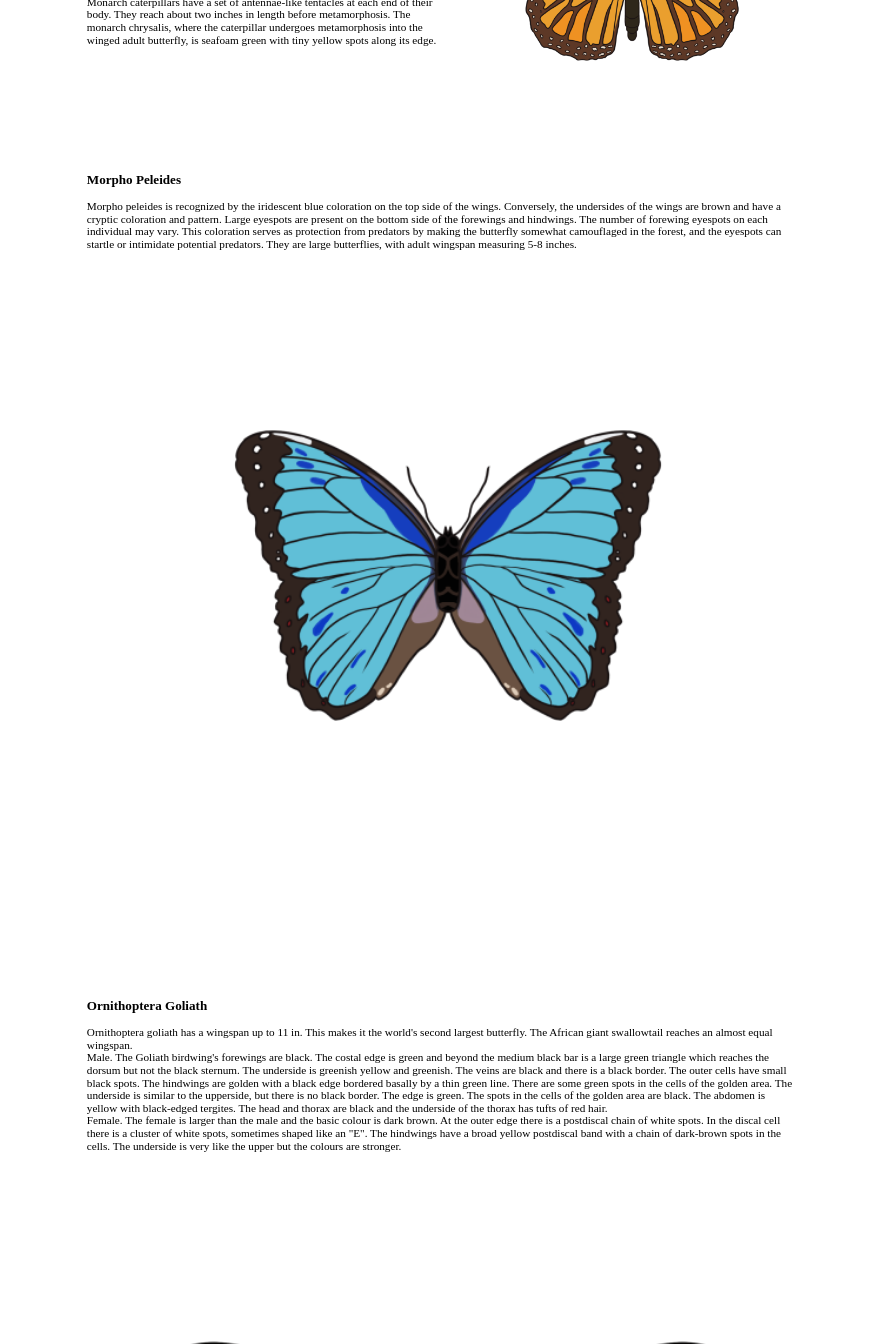
Repository: MeowCeline00/assessment-2
Page: /
These files come from the project's save history. The page is drawn as it stood at one moment and after the next save; the edit follows.
The browser window is 1280 px wide. The pictures show the part of the page from y = 1686 to 3606 px (the page is 8249 px tall before and 7596 px after), at 70% of full size.
The project was rebuilt for these pictures with package versions that can differ from the ones it lists, and the page was loaded fresh each time. The framework's server and built-in components were replaced by stand-ins that run in the browser. Also part of the build but not shown: next.config.mjs.

Above is the page before, as saved 2024-02-07 23:34:55.

### pages/index.js
import Head from "next/head";
import { useState } from "react";
import styles from "@/styles/Home.module.css";
import Header from "@/Components/Header";
import Footer from "@/Components/Footer";
import Contents from "@/Components/Contents";


export default function Home() {

  // Butterfly Patterns
  const classFilters = {
    //key : value
    1: 'Agrias Aedon Hewitson',
    2: 'Danaus Plexippus',
    4: 'Morpho Peleides',
    8: 'Ornithoptera Goliath',
    16: 'Pachliopta Hector',
    32: 'Parides Agavus',
    64: 'Trogonoptera Trojana'
  }

  const [input, setInput] = useState();
                                    // 3
                                    // 2 & 2 Remainder 1
                                    // 1 & 1 Remainder 0
                                    // 9
                                    // 8 & 8 Remainder 1
                                    // 1 & 1 Remainder 0
  const getClassStyle = flagValue => (input & flagValue) > 0 ? {backgroundColor: 'yellow'} : null;

  return (
    <>
      <Head>
        <title>General View of Butterfly Wing Patterns</title>
        <meta name="description" content="General View of Butterfly Wing Patterns" />
        <meta name="viewport" content="width=device-width, initial-scale=1" />
        <link rel="icon" href="/butt_favicon.ico" />
      </Head>
      <Header />
      <main className={`${styles.main}`}>
       <input
       id="input"
       type="text"
       placeholder='Bitmask Decimal'
       value={input}
       onChange={event => setInput(event.target.value)}
       />
       <table>
        <tbody>
          {
            Object.keys(classFilters).map(item => (
              <tr key={item} style={getClassStyle(item)}>
                <td>{item}</td>
                <td>{classFilters[item]}</td>
              </tr>
            ))
          }
        </tbody>
       </table>
       <Contents />
      </main>
      <Footer />
    </>
  );
}

### styles/globals.css
:root {
    --h1: rgb(15, 64, 162);
    --h2: rgb(203, 165, 27);
    --header-background: #d1d1d1;

}

### styles/Home.module.css
.main {
  display: flex;
  flex-direction: column;
  justify-content: space-between;
  align-items: center;
  padding: 6rem;
  min-height: 20vh;
}

### Components/Header/index.js
import Image from 'next/image';
import styles from './Header.module.css';

export default function Header() {
    return (
        <header className={styles.header}>
            <div className={styles.titleArea}>
                <h1> Colorful Butterflies</h1>
                <h2> A General Peek at Butterfly Wing Patterns</h2>
            </div>
            <div className={styles.logoArea}>
                <img src={"/logo.png"} alt="Butterfly Logo" width={350} />
            </div>
        </header>
    );
}

### Components/Footer/index.js
import styles from './Footer.module.css'


export default function Footer() {

    return(
        <footer className={styles.footer}>
            © Created by Congling
        </footer>
    )
}

### Components/Contents/index.js
import Image from 'next/image';
import styles from './Contents.module.css';

export default function Contents() {
    return (
        <contents className={styles.contents}>
            <div className={styles.projectDescription}>
            <h1>About</h1>
            <p>This project is my personal project, trying to explore different patterns for the wings of butterflies.
                On this occasion, I tried to draw several variety of Butterflies as referred to the original breed, including
               Agrias Aedon Hewitson, Danaus Plexippus, Morpho Peleides, Ornithoptera Goliath, Pachliopta Hector, Parides Agavus,
               and Trogonoptera Trojana.
            </p>
            </div>
            <div className={styles.butterflyPatterns}>
              <div className={styles.butterflyPattern}>
                <div className={styles.butterflyDes}>
                <h3>Agrias Aedon Hewitson</h3>
                <p>The species of the genus Agrias have, variously, very bright red, orange,
                    iridescent blue and yellow colouration contrasting on the black or bluish background of their upperside wing.
                    The underside wings are patterned. They have a robust appearance - broad thorax and short wide abdomen, allowing fast flight.
                    The wingspan is 70 to 120 mm. Males of all Agrias species have prominent yellow tufts of androconial scales on the hindwings.
                    These disperse pheromones for attracting suitable mates.</p>
                </div>
                <div className={styles.butterflyPic}>
                <img src={"/agrias_aedon_hewitson.png"} alt="Agrias Aedon Hewitson" width={200} />
                </div>
                </div>
                <div className={styles.butterflyPattern}>
                <div className={styles.butterflyDes}>
                <h3>Danaus Plexippus</h3>
                <p>Monarch butterflies are well-known for their appearance.
                Adult monarch butterflies possess two pairs of brilliant orange-red wings,
                featuring black veins and white spots along the edges. The males possess distinguishing
                black dots along the veins of their wings. Their orange color alerts predators to stay away.
                <br />
                As caterpillars, Monarchs are striped with yellow, black and white bands.
                Monarch caterpillars have a set of antennae-like tentacles at each end of their body.
                They reach about two inches in length before metamorphosis. The monarch chrysalis,
                where the caterpillar undergoes metamorphosis into the winged adult butterfly,
                is seafoam green with tiny yellow spots along its edge.</p>
                </div>
                <div className={styles.butterflyPic}>
                <img src={"/Danaus_plexippus.png"} alt="Danaus Plexippus" width={200} />
                </div>
                </div>
                <div className={styles.buttfly3}>
                <div className={styles.butterflyDes}>
                <h3>Morpho Peleides</h3>
                <p>Morpho peleides is recognized by the iridescent blue coloration on the top side of the wings.
                    Conversely, the undersides of the wings are brown and have a cryptic coloration and pattern.
                    Large eyespots are present on the bottom side of the forewings and hindwings.
                    The number of forewing eyespots on each individual may vary.
                    This coloration serves as protection from predators by making the butterfly somewhat camouflaged in the forest,
                    and the eyespots can startle or intimidate potential predators.
                    They are large butterflies, with adult wingspan measuring 5-8 inches.</p>
                </div>
                <div className={styles.butterflyPic}>
                <img src={"/morpho_peleides.png"} alt="Morpho Peleides" width={200} />
                </div>
                </div>
                <div className={styles.buttfly4}>
                <div className={styles.butterflyDes}>
                <h3>Ornithoptera Goliath</h3>
                <p>Ornithoptera goliath has a wingspan up to 11 in. This makes it the world's second largest butterfly.
                    The African giant swallowtail reaches an almost equal wingspan.
                    <br />
                    Male. The Goliath birdwing's forewings are black. The costal edge is green and beyond the medium black bar
                    is a large green triangle which reaches the dorsum but not the black sternum. The underside is greenish yellow and greenish.
                    The veins are black and there is a black border. The outer cells have small black spots.
                    The hindwings are golden with a black edge bordered basally by a thin green line.
                    There are some green spots in the cells of the golden area. The underside is similar to the upperside,
                    but there is no black border. The edge is green. The spots in the cells of the golden area are black.
                    The abdomen is yellow with black-edged tergites. The head and thorax are black and the underside of the
                    thorax has tufts of red hair.
                    <br />
                    Female. The female is larger than the male and the basic colour is dark brown.
                    At the outer edge there is a postdiscal chain of white spots. In the discal cell there is a cluster of white spots,
                    sometimes shaped like an "E". The hindwings have a broad yellow postdiscal band with a chain of dark-brown spots in the cells.
                    The underside is very like the upper but the colours are stronger.</p>
                    </div>
                    <div className={styles.butterflyPic}>
                <img src={"/ornithoptera_goliath.png"} alt="Ornithoptera Goliath" width={200} />
                </div>
                </div>
                <div className={styles.buttfly5}>
                <div className={styles.butterflyDes}>
                <h3>Pachliopta Hector</h3>
                <p>The male's upperside is black. Forewing with a broad white interrupted band from the subcostal nervure
                    opposite the origin of veins 10 and 11, extended obliquely to the tornus, and a second short pre-apical similar band;
                    both bands composed of detached irregularly indented broad streaks in the interspaces.
                    Hindwing with a distal posteriorly strongly curved series of seven crimson spots followed by a subterminal series of
                    crimson lunules. Cilia black alternated with white. Underside: forewing dull brownish black, hindwing black;
                    markings as on the upperside, but the crimson spots and crescent-shaped markings on the hindwing larger.
                    Antennae, thorax and abdomen above at base, black; head and rest of the abdomen bright crimson; beneath:
                    iho palpi, the sides of the thorax and abdomen crimson.
                    <br />
                    The female is similar, the discal series of spots and subterminal lunules much duller,
                    pale crimson sprinkled with black scales; in some specimens the anterior spots and lunules almost white barely
                    tinged with crimson; abdomen above with the black colour extended further towards the apex.
                    </p>
                    </div>
                    <div className={styles.butterflyPic}>
                <img src={"/pachliopta_hector.png"} alt="Pachliopta Hector" width={200} />
                </div>
                </div>
                <div className={styles.buttfly6}>
                <div className={styles.butterflyDes}>
                <h3>Parides Agavus</h3>
                <p>The Parides agavus, also known as the Agavus Swallowtail, is a visually striking butterfly that belongs
                    to the Papilionidae family. Its wingspan can range from 3 to 4 inches, showcasing a bold contrast of colors and patterns.
                    The primary coloration of its wings is a deep, glossy black, which serves as a dramatic backdrop for the vibrant
                    red or pink bands that adorn the edges of its hindwings. These vivid markings are complemented by smaller,
                    iridescent blue or green spots that add a touch of shimmer and complexity to its appearance.
                    The butterfly's body is slender and predominantly black, with legs that may have hints of red.
                    Its distinctive tail-like extensions on the hindwings, characteristic of swallowtail butterflies,
                    enhance its elegant silhouette, making the Parides agavus a remarkable specimen in the butterfly world.</p>
                </div>
                <div className={styles.butterflyPic}>
                <img src={"/parides_agavus.png"} alt="Parides Agavus" width={200} />
                </div>
                </div>
                <div className={styles.buttfly7}>
                <div className={styles.butterflyDes}>
                <h3>Trogonoptera Trojana</h3>
                <p>
                    The Trogonoptera trojana, known as the Rajah Brooke's Birdwing, is an exquisite and large butterfly,
                    hailing from the Birdwing genus that captivates with its sheer size and stunning coloration.
                    Typically, the wingspan of this magnificent creature can stretch up to about 7 inches,
                    making it one of the larger species within the butterfly realm. The male of the species boasts a velvety black color
                    on the upper side of its wings, dramatically offset by an electric green or turquoise hue that forms broad,
                    iridescent bands across the forewings and a series of smaller, similarly colored streaks on the hindwings.
                    This contrast is not only striking but serves as a natural spectacle in the wild. The female, while larger,
                    tends to have a more subdued color palette, with wings that are predominantly brown or black,
                    accented with white or cream-colored spots. The Trogonoptera trojana's body is slender,
                    with the thorax and abdomen often matching the dark hue of the wings, creating a cohesive and sleek appearance.
                    The elegant, yet powerful flight of this butterfly, coupled with its vivid coloration,
                    makes it a breathtaking sight in its natural rainforest habitats</p>
                    </div>
                    <div className={styles.butterflyPic}>
                <img src={"/trogonoptera_trojana.png"} alt="Trogonoptera Trojana" width={200} />
                </div>
                </div>
            </div>
        </contents>
    );
}

### Components/Header/Header.module.css
.header {
    display: flex;
    justify-content: space-between;
    align-items: center;
    padding: 20px;
    background-color: var(--header-background);
}

.titleArea {
    display: flex;
    flex-direction: column;
    padding-left: 20%;
}

.titleArea h1 {
    color: var(--h1);
    font-size: xx-large;
    font-family: Impact, Haettenschweiler, 'Arial Narrow Bold', sans-serif;
}

.titleArea h2 {
    color: var(--h2);
    font-family: 'Franklin Gothic Medium', 'Arial Narrow', Arial, sans-serif;
}

.logoArea {
  display: flex;
  padding-right: 20%;
}

### Components/Footer/Footer.module.css
.footer{
    text-align: center;
    font-weight: bold;
    font-family: Georgia, 'Times New Roman', Times, serif;
    font-size: larger;
    background-color: var(--header-background);
    color: var(--h1);
}

### Components/Contents/Contents.module.css
.contents {
    display: flex;
    flex-direction: column;
    margin: 20px;
}

.projectDescription {
    margin-bottom: 20px;
}

.butterflyPatterns {
    display: flex;
    flex-direction: column;
}

.butterflyPattern {
    display: flex;
    justify-content: space-between;
    align-items: center;
    margin-bottom: 20px;
}

.butterflyDes {
    flex: 1; /* Assigns 50% of the space to the description */
    padding-right: 20px; /* Adds some space between the text and the image */
}

.butterflyPic {
    flex: 1; /* Assigns 50% of the space to the picture */
    display: flex;
    justify-content: flex-start; /* Aligns the image to the start of the flex item */
}

.butterflyPic img {
    width: 100%; /* Full width of the flex item */
    height: auto; /* Keeps the aspect ratio of the image */
}

Loaded but not shown: pages/_app.js (common file); pages/_document.js (common file)

After the next save:
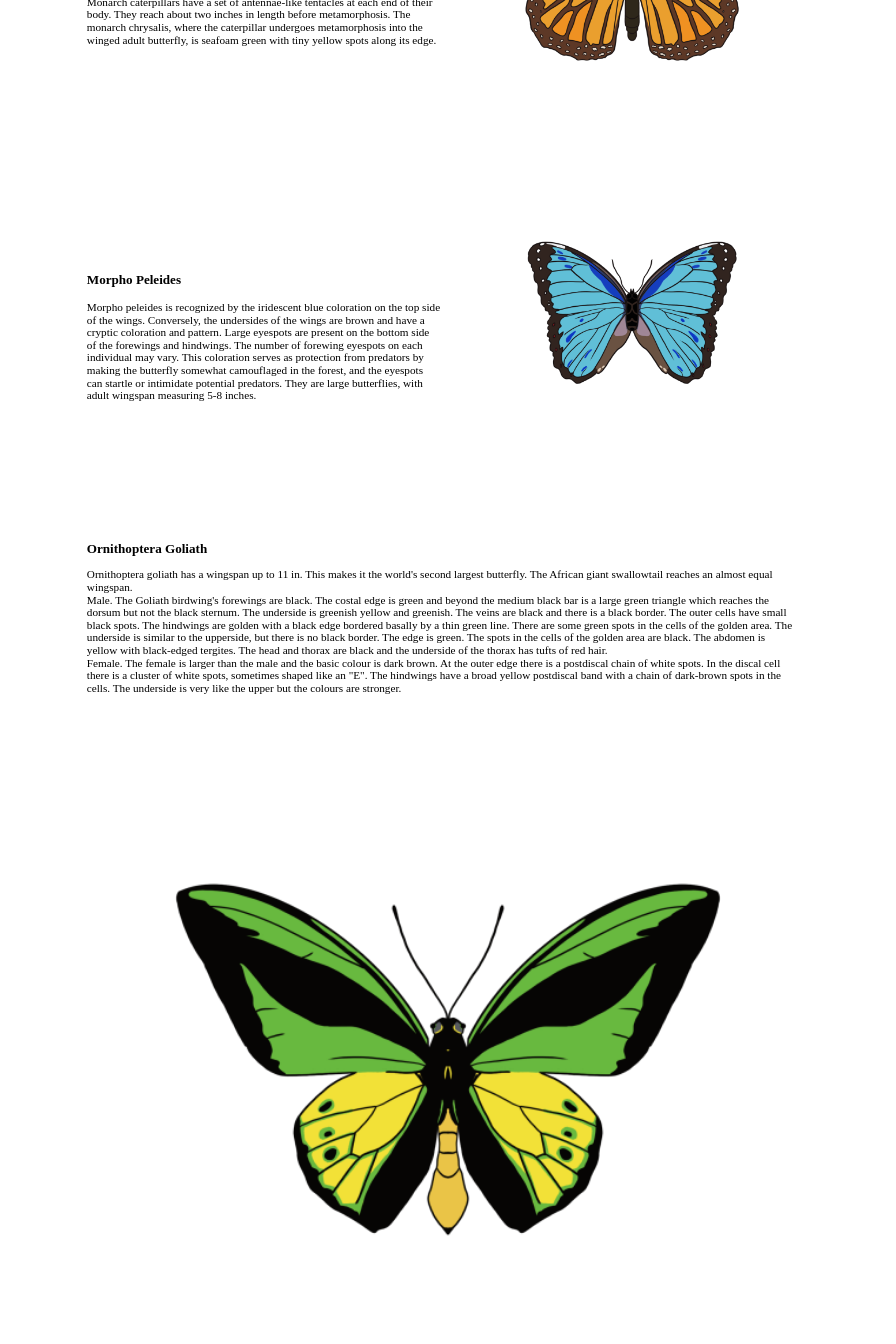
Saved 7 s later.
--- a/Components/Contents/index.js
+++ b/Components/Contents/index.js
@@ -44,7 +44,7 @@ export default function Contents() {
                 <img src={"/Danaus_plexippus.png"} alt="Danaus Plexippus" width={200} />
                 </div>
                 </div>
-                <div className={styles.buttfly3}>
+                <div className={styles.butterflyPattern}>
                 <div className={styles.butterflyDes}>
                 <h3>Morpho Peleides</h3>
                 <p>Morpho peleides is recognized by the iridescent blue coloration on the top side of the wings.
